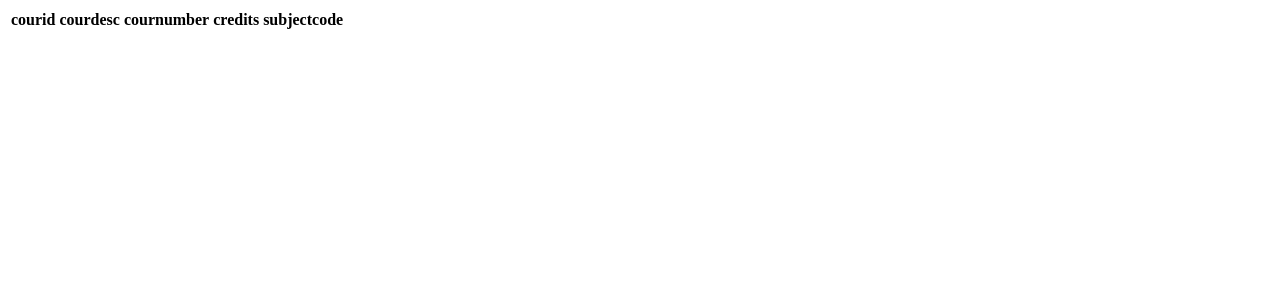
Repository: sanjukthas/NumberUtility
Page: http://localhost/HarrisonCollege/Enroll.jsp
These files come from the project's save history. The page is drawn as it stood at one moment and after the next save; the edit follows.
The browser window is 1280 px wide. The pictures show the whole page.
The page is served by Tomcat 9.

Above is the page before, as saved 2016-07-22 18:57:20.

After the next save:
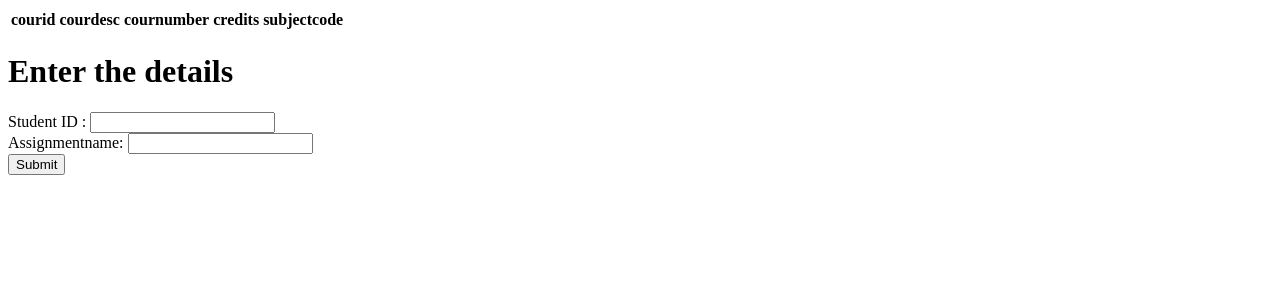
Saved 2 min 20 s later.
--- a/HarrisonCollege/WebContent/Enroll.jsp
+++ b/HarrisonCollege/WebContent/Enroll.jsp
@@ -26,7 +26,6 @@
     <c:forEach var="cours" items="${cours}">
 
        <tr>
-
         <td><c:out value="${cours.courid}"/></td>
         <td><c:out value="${cours.courdesc}"/></td>
         <td><c:out value="${cours.cournumber}" /></td>
@@ -41,5 +40,19 @@
     </table>
 
 </div>
+<h1>Enter the details</h1>
+ <form role="form" action="Enroll" method="post">
+  <div class="form-group">
+    <label for=" student">Student ID :</label>
+    <input type="text" name="student" class="form-control" id="student">
+  </div>
+  <div class="form-group">
+    <label for="cournumber">Assignmentname:</label>
+    <input type="text" name="cournumber" class="form-control" id="cournumber">
+  </div>
+
+  <input type="submit" id="submit" value="Submit" class="btn btn-default">
+</form>
+
 </body>
 </html>
